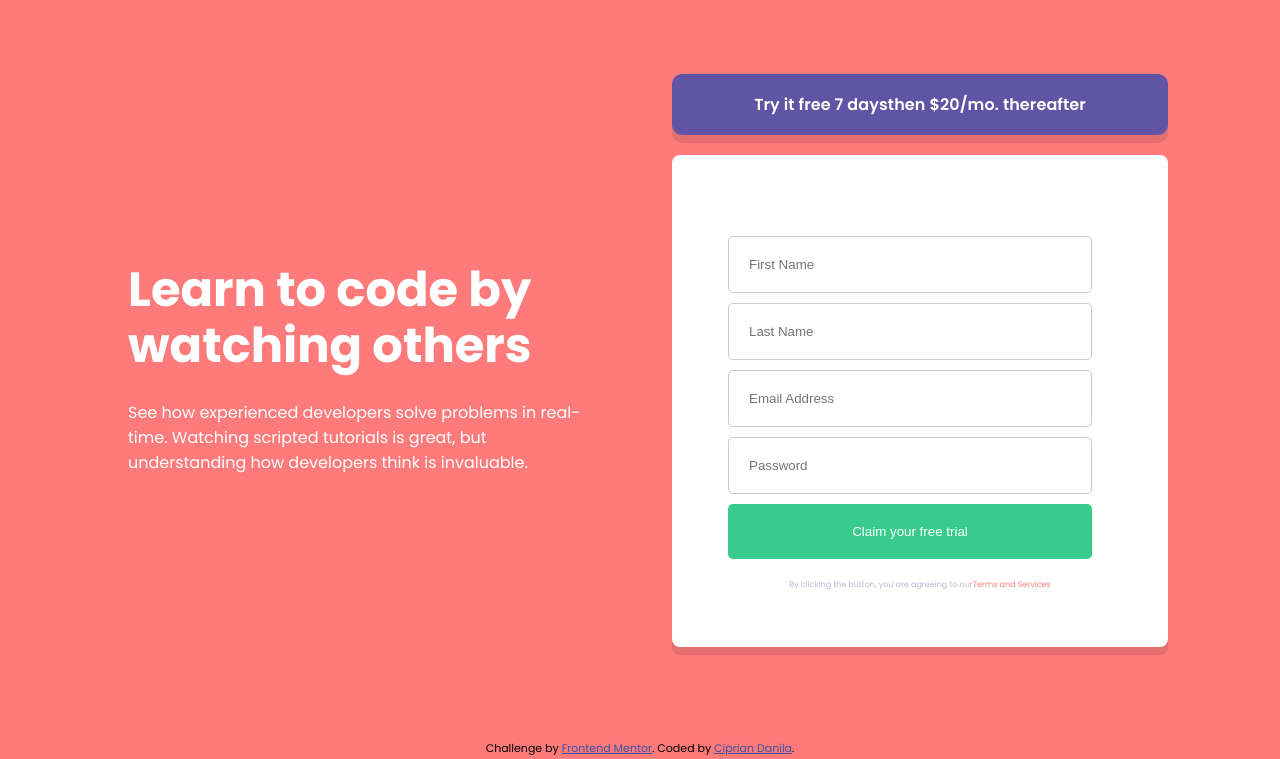
Repository: cipdanila/intro-component-with-sign-up-form
Page: index.html
An editor plug-in stored every save of this project. The page is shown before and after the next save, followed by the edit.
The browser window is 1280 px wide. The pictures show the whole page.

Above is the page before, as saved 2024-02-14 15:55:24.

### index.html
<!DOCTYPE html>
<html lang="en">
    <head>
        <meta charset="UTF-8" />
        <meta name="viewport" content="width=device-width, initial-scale=1.0" />
        <!-- displays site properly based on user's device -->

        <link rel="icon" type="image/png" sizes="32x32" href="./images/favicon-32x32.png" />
        <link rel="stylesheet" href="styles.css" />
        <title>Frontend Mentor | Intro component with sign up form</title>
    </head>
    <body>
        <main>
            <div class="container">
                <section class="info">
                    <h1 class="learn">Learn to code by watching others</h1>
                    <p>
                        See how experienced developers solve problems in real-time. Watching scripted tutorials is great, but
                        understanding how developers think is invaluable.
                    </p>
                </section>
                <section class="container-form">
                    <h2 class="price"><span class="promo">Try it free 7 days</span> then $20/mo. thereafter</h2>
                    <div class="form">
                        <form action="">
                            <label for="fname"> </label><br />
                            <input type="text" name="fname" id="fname" class="input-field" placeholder="First Name" required />
                            <span class="error-message" id="fname-error">First Name cannot be empty</span>
                            <label for="lname"> </label><br />
                            <input type="text" name="lname" id="lname" placeholder="Last Name" required />
                            <span class="error-message" id="lname-error">Last Name cannot be empty</span>
                            <label for="email"> </label><br />
                            <input type="email" name="email" id="email" placeholder="Email Address" required />
                            <span class="error-message" id="email-error">Looks like this is not an email</span>
                            <span class="error-message" id="email-error2">Email Adress cannot be empty</span>
                            <label for="password"></label>
                            <input type="password" name="password" id="password" placeholder="Password" required />
                            <span class="error-message" id="password-error">Password cannot be empty</span>
                            <input type="button" id="google-login-button" value="Claim your free trial" />
                            <p>By clicking the button, you are agreeing to our <span class="terms">Terms and Services</span></p>
                        </form>
                    </div>
                </section>
            </div>
        </main>

        <footer>
            <div class="attribution">
                Challenge by
                <a
                    href="https://www.frontendmentor.io/challenges/intro-component-with-signup-form-5cf91bd49edda32581d28fd1/hub"
                    target="_blank"
                    rel="noopener noreferer"
                    >Frontend Mentor</a
                >. Coded by <a href="https://github.com/cipdanila" target="_blank" rel="noopener noreferer">Ciprian Danila</a>.
            </div>
        </footer>
    </body>
</html>

### styles.css
@import url("https://fonts.googleapis.com/css2?family=Poppins:wght@400;500;600;700&display=swap");

:root {
    /* Colors */
    /* Primary */
    --red: hsl(0, 100%, 74%);
    --green: hsl(154, 59%, 51%);
    /* Accent */
    --blue: hsl(248, 32%, 49%);
    /* Neutral */
    --dark-blue: hsl(249, 10%, 26%);
    --grayish-blue: hsl(246, 25%, 77%);
    --white: #fff;
    /* Other variables */
    --font-size-base: 1rem; /* 16px */
    --font-weight-base: 400;
}

*,
*::after,
*::before {
    margin: 0;
    padding: 0;
    box-sizing: border-box;
}

body,
html {
    font-family: "Poppins", sans-serif;
    font-size: var(--font-size-base);
    font-weight: var(--font-weight-base);
    background-color: var(--red);
}
main {
    display: flex;
    justify-content: center;
    align-items: center;
    height: 100vh;
    background-color: var(--red);
    background-image: url("./images/bg-intro-desktop.png") no-repeat;
    background-size: cover;
    background-position: center;
    width: 100%;
}

.container {
    display: flex;
    flex-direction: row;
    align-items: center;
    justify-content: center;
    padding: 5rem;
}

section {
    max-width: 100%;
    width: 50%;
    display: flex;
    flex-direction: column;
    align-items: center;
    justify-content: center;
    padding: 2rem;
}

.learn {
    font-size: 3rem;
    font-weight: 700;
    color: #fff;
    line-height: 3.5rem;
    padding: 1rem;
}

.info p {
    color: var(--white);
    padding: 0 1rem;
}

.form {
    background-color: #fff;
    padding: 3.5rem;
    border-radius: 0.5rem;
    box-shadow: rgba(0, 0, 0, 0.1) 0px 0.5rem;
    display: flex;
    flex-direction: column;
    align-items: center;
    justify-content: center;
}

.price {
    width: 100%;
    font-size: 1rem;
    font-weight: 600;
    letter-spacing: 0.1px;
    box-shadow: rgba(0, 0, 0, 0.1) 0px 0.5rem;
    display: flex;
    align-items: center;
    justify-content: center;
    background-color: var(--blue);
    color: #fff;
    padding: 1.125rem;
    border-radius: 0.625rem;
    margin-bottom: 1.25rem;
}

.price span {
    font-weight: 600;
}

p {
    margin-top: 10px;
}


input[type="text"],
input[type="email"],
input[type="password"],
input[type="button"] {
    width: calc(100% - 1.25rem);
    padding: 1.25rem;
    margin-bottom: 10px;
    border-radius: 5px;
    border: 1px solid #ccc;
    color: var(--dark-blue);
}

input {
    border-style: none;
    outline: none;
}

input:focus {
    border: 1px solid var(--blue);
}

.input-field {
    border: 1px solid var(--dark-blue);
}

.input-field.input-error {
    border-color: var(--red);
}

.input-field.input-error::after {
    content: "";
    position: absolute;
    top: 50%;
    right: 10px;
    transform: translateY(-50%);
    width: 10px;
    height: 10px;
    background-image: url(./images/icon-error.svg);
    background-size: contain;
    background-color: var(--red);
    border-radius: 50%;
}

.error-message {
    display: none;
    color: var(--red);
    font-size: 12px;
    margin-top: 5px;
}

.error-message.show {
    display: block;
}

input[type="button"] {
    background-color: var(--green);
    color: #fff;
    cursor: pointer;
    border: none;
}

input[type="button"]:hover {
    background-color: hsl(154, 59%, 68%);
    cursor: pointer;
}

form p {
    color: var(--grayish-blue);
    font-size: 0.5rem;
    display: flex;
    align-items: center;
    justify-content: center;
}

.terms {
    color: var(--red);
}

footer {
    margin-top: 20px;
    text-align: center;
}

.attribution {
    font-size: 11px;
    text-align: center;
}

.attribution a {
    color: hsl(228, 45%, 44%);
}

After the next save:
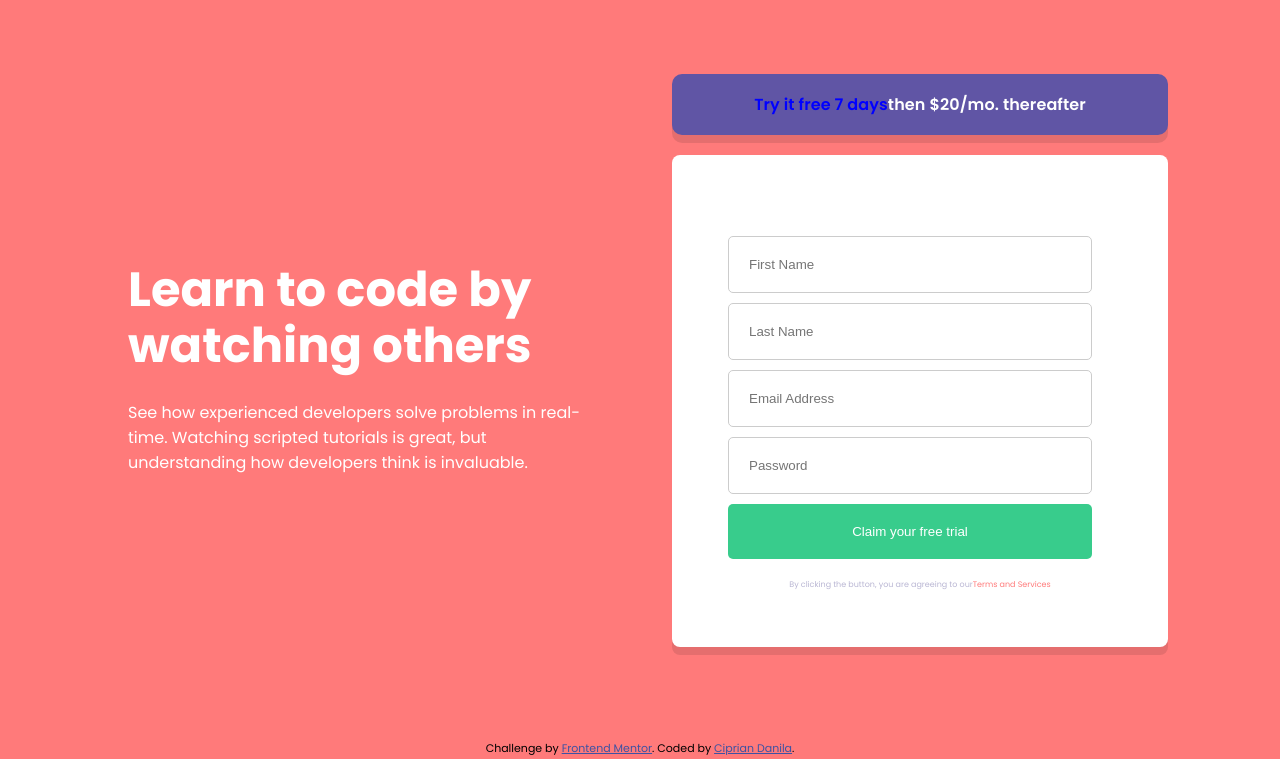
Saved 30 s later.
--- a/styles.css
+++ b/styles.css
@@ -103,6 +103,7 @@
 
 .price span {
     font-weight: 600;
+    color: blue;
 }
 
 p {

After the save that followed:
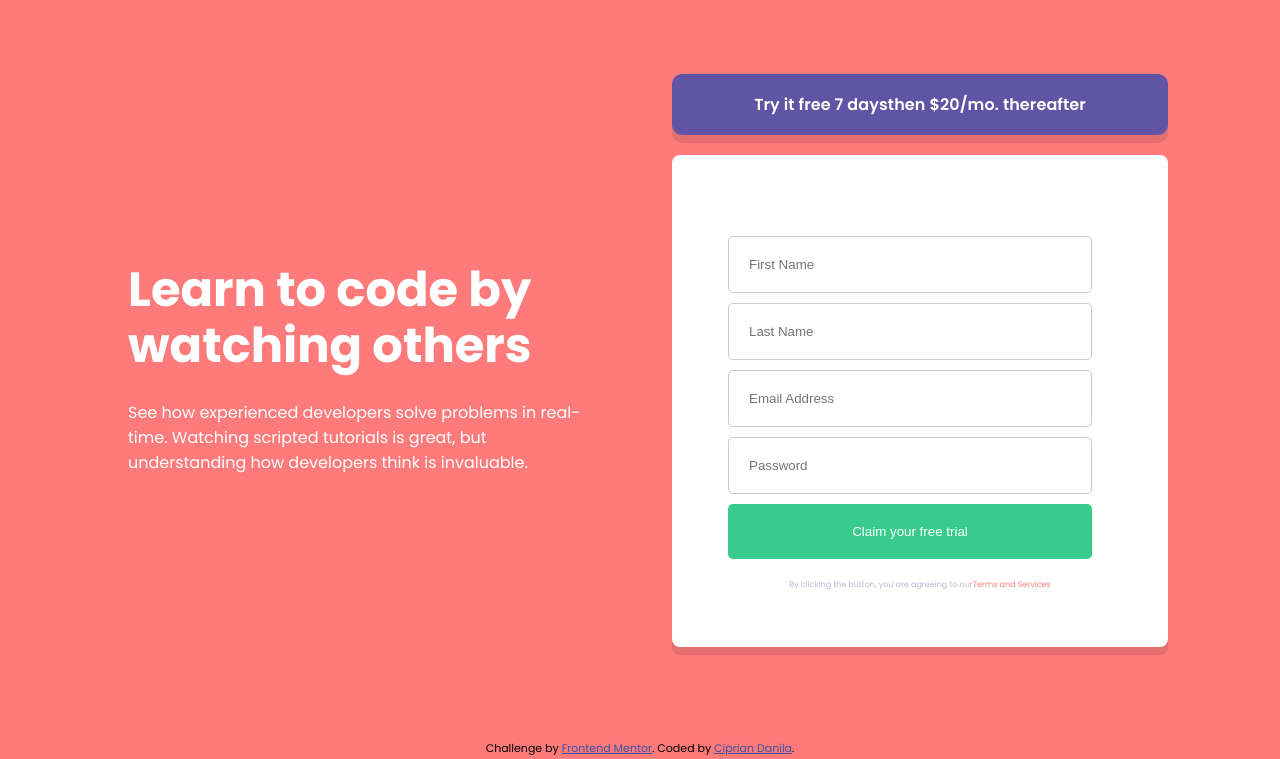
Saved 6 s later.
--- a/styles.css
+++ b/styles.css
@@ -103,7 +103,6 @@
 
 .price span {
     font-weight: 600;
-    color: blue;
 }
 
 p {
